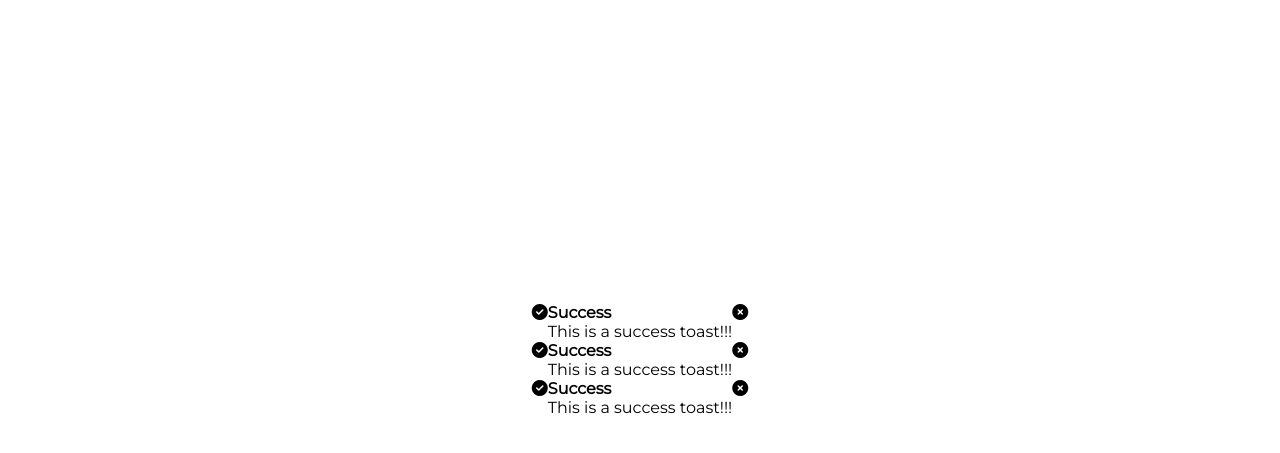
Repository: thuynguyen0964/Toast-Cooler
Page: index.html
The author's editor kept a copy of each file at every save. The page is drawn from the files as they stood at one save, then again after a run of saves.
The browser window is 1280 px wide. The pictures show the whole page.

Above is the page before, as saved 2023-01-26 20:19:15.

After the next 3 saves:
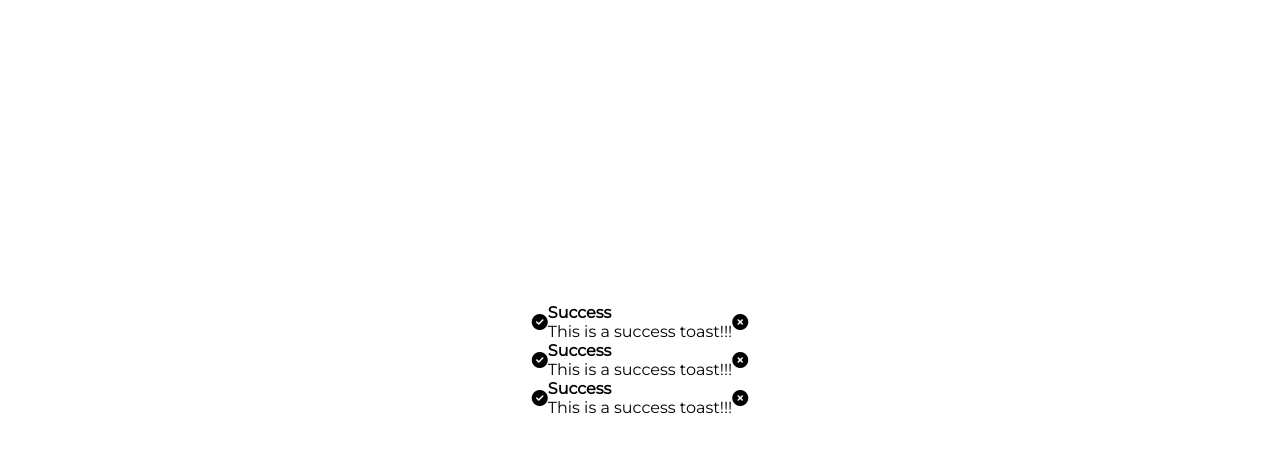
The 3 saves are shown as one change because they came seconds apart.
The last was saved 15 s later.
--- a/app/style.css
+++ b/app/style.css
@@ -14,4 +14,6 @@ body{
 .toast{
     list-style: none;
     display: flex;
+    align-items: center;
+    justify-content: space-between;
 }
